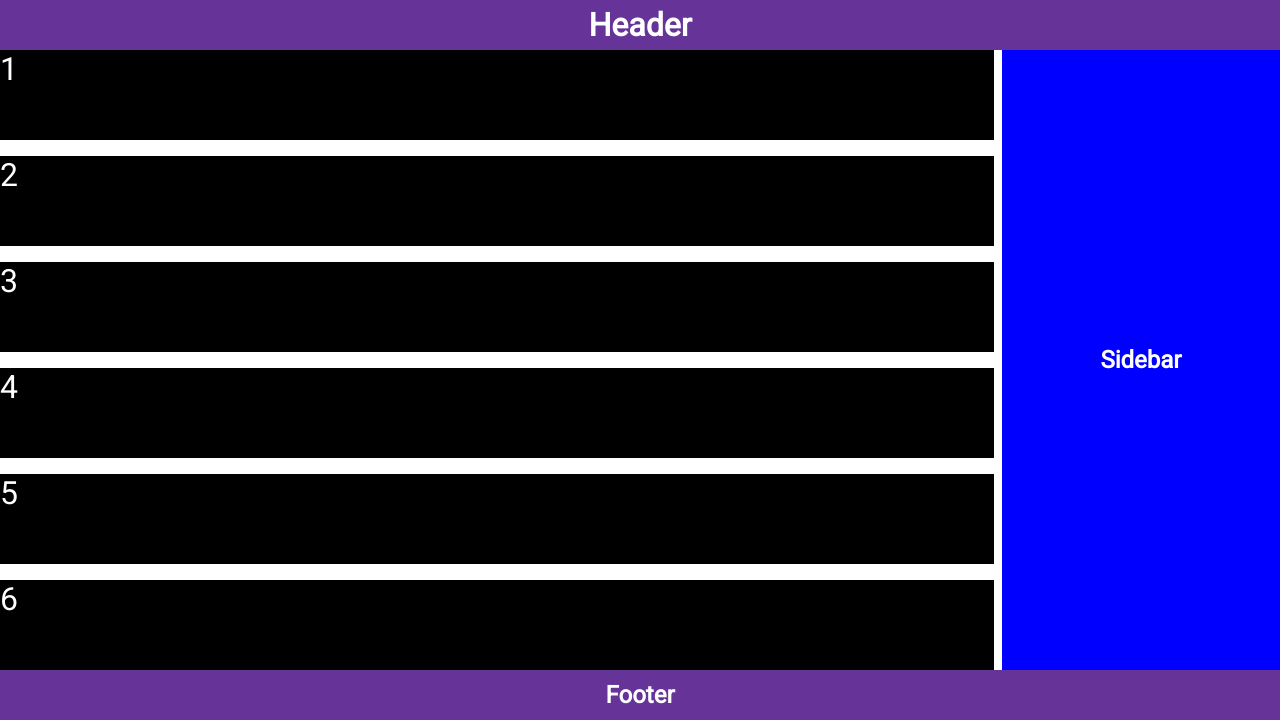
Repository: JavaProgrammerFromEastEurope/project-css-full-tutorial
Page: 15_lesson/index.html
The author's editor kept a copy of each file at every save. The page is drawn from the files as they stood at one save, then again after the next save.
The browser window is 1280 px wide. The pictures show the whole page.

Above is the page before, as saved 2023-04-07 11:50:21.

After the next save:
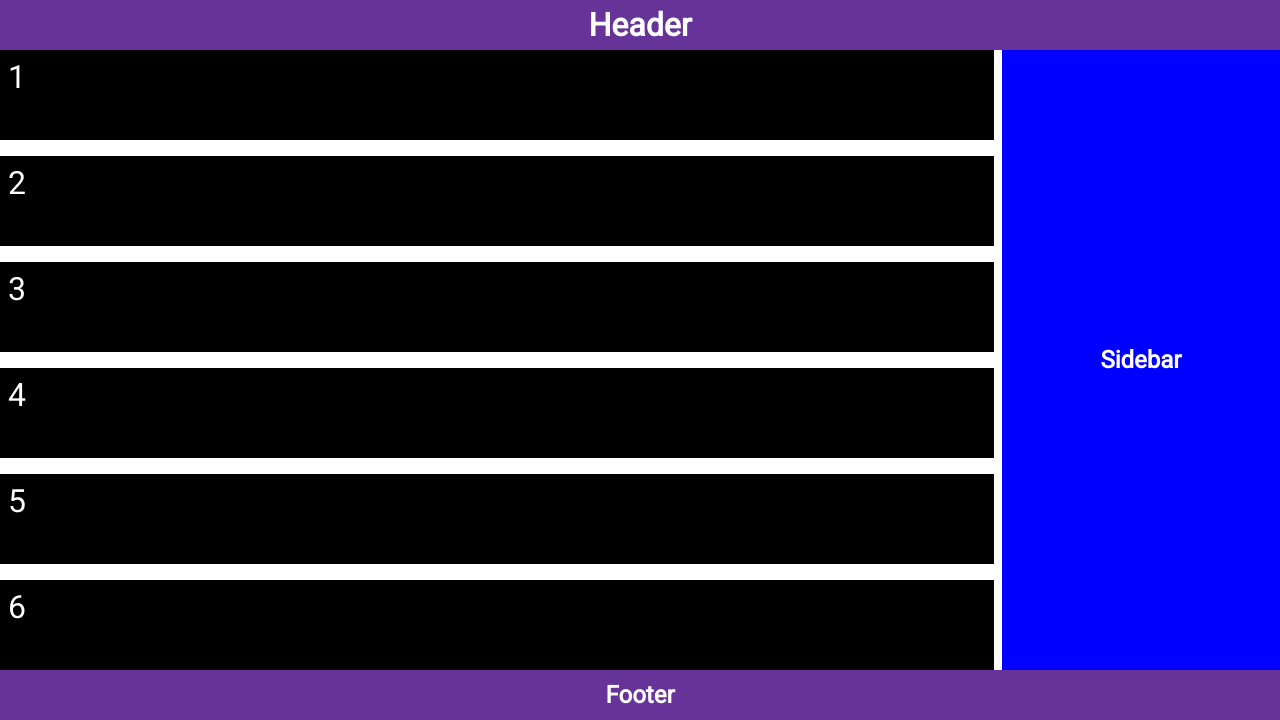
Saved 4 s later.
--- a/15_lesson/css/style.css
+++ b/15_lesson/css/style.css
@@ -53,5 +53,5 @@ body {
 	background-color: #000;
 	color: #fff;
 	font-size: 2rem;
-	padding
+	padding: 0.5rem;
 }
